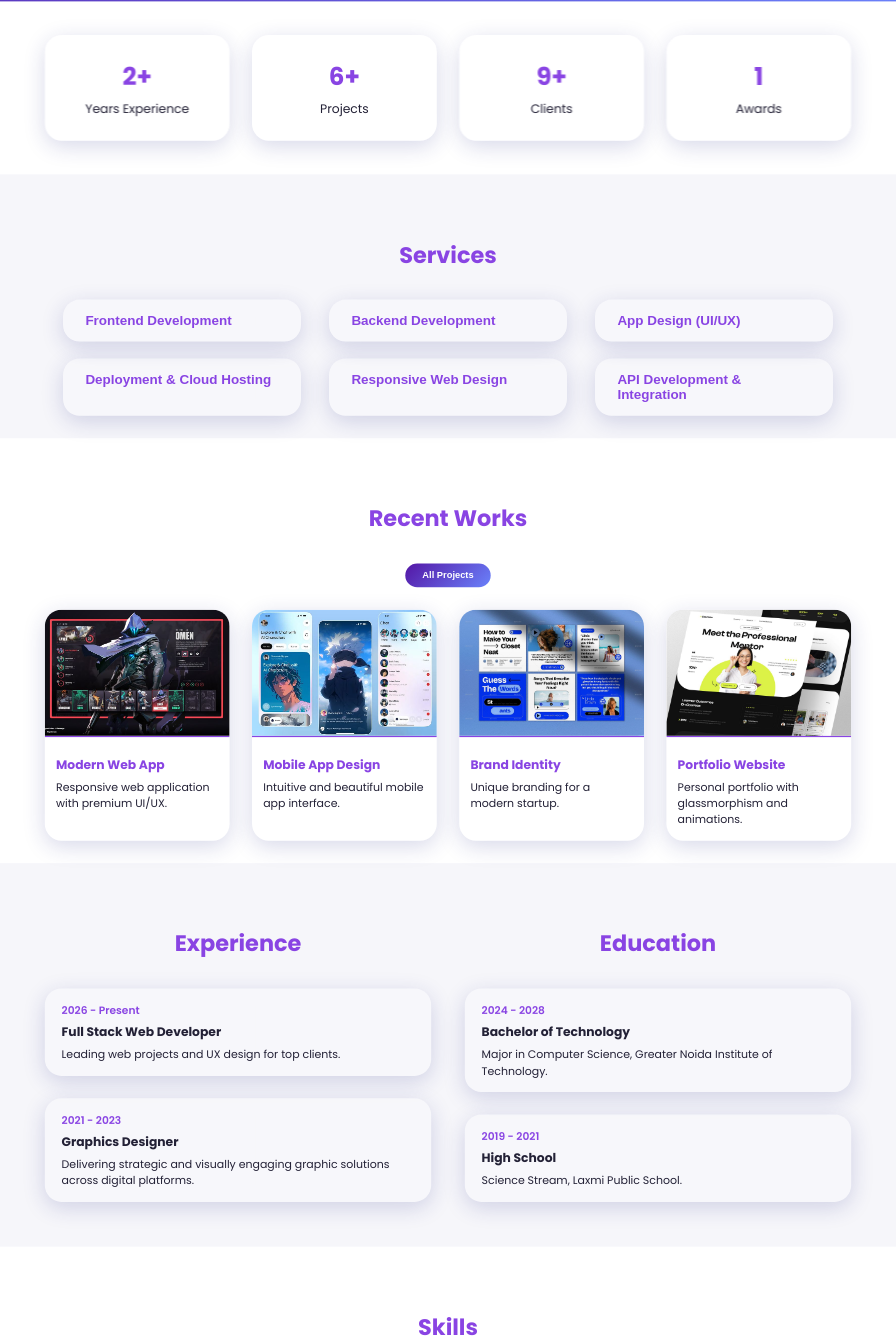
Repository: Ashishkumarraj/ashish_portfolio
Page: index.html
The author's editor kept a copy of each file at every save. The page is drawn from the files as they stood at one save, then again after a run of saves.
The browser window is 1280 px wide. The pictures show the part of the page from y = 740 to 2660 px (the page is 4374 px tall), at 70% of full size.

Above is the page before, as saved 2026-02-15 16:37:31.
Console error: TypeError: Cannot read properties of null (reading 'addEventListener')

### index.html
<!DOCTYPE html>
<html lang="en">
<head>
  <meta charset="UTF-8">
  <meta name="viewport" content="width=device-width, initial-scale=1.0">
  <meta http-equiv="X-UA-Compatible" content="IE=edge">
  <meta name="description" content="Ashish Portfolio - Web Developer + UX Designer. Modern, premium, responsive personal portfolio website.">
  <meta name="keywords" content="Portfolio, Web Developer, UX Designer, Ashish, HTML, CSS, JavaScript">
  <meta name="author" content="Ashish">
  <title>Ashish Portfolio | Web Developer + UX Designer</title>
  <!-- Google Fonts: Poppins & Inter -->
  <link href="https://fonts.googleapis.com/css2?family=Inter:wght@400;600;700&family=Poppins:wght@400;600;700&display=swap" rel="stylesheet">
  <link rel="stylesheet" href="style.css">
  <link rel="icon" href="favicon.ico" type="image/x-icon">
</head>
<body>
  <!-- Sticky Navbar -->
  <header id="navbar" class="navbar">
    <nav class="container nav-content">
      <a href="#" class="logo">Ashish</a>
      <ul class="nav-links" id="navLinks">
        <li><a href="#home">Home</a></li>
        <li><a href="#services">Services</a></li>
        <li><a href="#works">Works</a></li>
        <li><a href="#timeline">Timeline</a></li>
        <li><a href="#skills">Skills</a></li>
        <li><a href="#testimonials">Testimonials</a></li>
        <li><a href="#blog">Blog</a></li>
        <li><a href="#contact">Contact</a></li>
      </ul>
      <div class="nav-actions">
        <!-- Removed dark mode toggle from header -->
        <button class="hamburger" id="hamburger" aria-label="Open menu">
          <span></span><span></span><span></span>
        </button>
      </div>
    </nav>
  </header>

  <!-- Hero Section -->
  <section id="home" class="hero-section">
    <div class="container hero-content">
      <div class="hero-text">
        <h1>Ashish Kumar</h1>
        <h2>Full Stack Developer </h2>
        <p>I build robust, scalable web systems engineered for performance and reliability.
Committed to clean code, thoughtful design, and delivering impactful digital solutions.</p>
        <div class="hero-buttons">
          <a href="#contact" class="btn btn-primary">Hire Me</a>
          <a href="#" class="btn btn-secondary" download>Download CV</a>
        </div>
        <div class="social-icons">
          <a href="#" aria-label="LinkedIn"><img src="assets/linkedin.svg" alt="LinkedIn"></a>
          <a href="#" aria-label="GitHub"><img src="./assets/github.svg" alt="GitHub"></a>
          <a href="#" aria-label="Twitter"><img src="assets/twitter.svg" alt="Twitter"></a>
        </div>
      </div>
      <div class="hero-image-wrapper">
        <img src="./assets/ashu.jpg" alt="Ashish Profile Photo" class="profile-img">
      </div>
    </div>
  </section>

  <!-- Stats Section -->
  <section class="stats-section">
    <div class="container stats-content">
      <div class="stat-card">
        <h3>2+</h3>
        <p>Years Experience</p>
      </div>
      <div class="stat-card">
        <h3>6+</h3>
        <p>Projects</p>
      </div>
      <div class="stat-card">
        <h3>9+</h3>
        <p>Clients</p>
      </div>
      <div class="stat-card">
        <h3>1</h3>
        <p>Awards</p>
      </div>
    </div>
  </section>

  <!-- Services Section -->
  <section id="services" class="services-section">
    <div class="container">
      <h2 class="section-title">Services</h2>
      <div class="accordion" id="servicesAccordion">
        <div class="accordion-item">
          <button class="accordion-header">Frontend Development</button>
          <div class="accordion-body">
            <p>Building responsive and interactive user interfaces with modern web technologies.</p>
          </div>
        </div>
        <div class="accordion-item">
          <button class="accordion-header">Backend Development</button>
          <div class="accordion-body">
            <p>Developing secure, scalable server-side systems and business logic.</p>
          </div>
        </div>
        <div class="accordion-item">
          <button class="accordion-header">App Design (UI/UX)</button>
          <div class="accordion-body">
            <p>Designing intuitive and visually engaging user experiences for web and mobile.</p>
          </div>
        </div>
        <div class="accordion-item">
          <button class="accordion-header">Deployment & Cloud Hosting</button>
          <div class="accordion-body">
            <p>Deploying applications efficiently with reliable cloud infrastructure</p>
          </div>
        </div>
        <div class="accordion-item">
          <button class="accordion-header">Responsive Web Design</button>
          <div class="accordion-body">
            <p>Ensuring seamless performance across all devices and screen sizes.</p>
          </div>
        </div>
        <div class="accordion-item">
          <button class="accordion-header">API Development & Integration</button>
          <div class="accordion-body">
            <p>Creating and integrating robust APIs for smooth data communication.</p>
          </div>
        </div>
      </div>
    </div>
  </section>

  <!-- Recent Works Section -->
  <section id="works" class="works-section">
    <div class="container">
      <h2 class="section-title">Recent Works</h2>
      <div class="works-filter">
        <button class="filter-btn active" data-filter="all">All Projects</button>
        <!--
        <button class="filter-btn" data-filter="web">Web</button>
        <button class="filter-btn" data-filter="app">App</button>
        <button class="filter-btn" data-filter="branding">Branding</button>
        -->
      </div>
      <div class="works-grid" id="worksGrid">
        <div class="work-card" data-category="web">
          <img src="./assets/Modern Web App2.jpg" alt="Project 1" class="work-img">
          <div class="work-info">
            <h3>Modern Web App</h3>
            <p>Responsive web application with premium UI/UX.</p>
          </div>
        </div>
        <div class="work-card" data-category="app">
          <img src="./assets/Mobile App Design.jpg" alt="Project 2" class="work-img">
          <div class="work-info">
            <h3>Mobile App Design</h3>
            <p>Intuitive and beautiful mobile app interface.</p>
          </div>
        </div>
        <div class="work-card" data-category="branding">
          <img src="./assets/Brand Identity.jpg" alt="Project 3" class="work-img">
          <div class="work-info">
            <h3>Brand Identity</h3>
            <p>Unique branding for a modern startup.</p>
          </div>
        </div>
        <div class="work-card" data-category="web">
          <img src="./assets/Portfolio Website2.jpg" alt="Project 4" class="work-img">
          <div class="work-info">
            <h3>Portfolio Website</h3>
            <p>Personal portfolio with glassmorphism and animations.</p>
          </div>
        </div>
      </div>
    </div>
  </section>

  <!-- Timeline Section -->
  <section id="timeline" class="timeline-section">
    <div class="container timeline-content">
      <div class="timeline-column">
        <h2 class="section-title">Experience</h2>
        <div class="timeline-item">
          <span class="timeline-date">2026 - Present</span>
          <h3>Full Stack Web Developer</h3>
          <p>Leading web projects and UX design for top clients.</p>
        </div>
        <div class="timeline-item">
          <span class="timeline-date">2021 - 2023</span>
          <h3>Graphics Designer</h3>
          <p>Delivering strategic and visually engaging graphic solutions across digital platforms.</p>
        </div>
      </div>
      <div class="timeline-column">
        <h2 class="section-title">Education</h2>
        <div class="timeline-item">
          <span class="timeline-date">2024 - 2028</span>
          <h3>Bachelor of Technology</h3>
          <p>Major in Computer Science, Greater Noida Institute of Technology.</p>
        </div>
        <div class="timeline-item">
          <span class="timeline-date">2019 - 2021</span>
          <h3>High School</h3>
          <p>Science Stream, Laxmi Public School.</p>
        </div>
      </div>
    </div>
  </section>

  <!-- Skills Section -->
  <section id="skills" class="skills-section">
    <div class="container">
      <h2 class="section-title">Skills</h2>
      <div class="skills-list skills-grid">
        <div class="skill-bar" data-skill="HTML">
          <span class="skill-title">HTML</span>
          <div class="progress-bar">
            <span class="progress" data-progress="95"></span>
            <span class="progress-percent">0%</span>
          </div>
        </div>
        <div class="skill-bar" data-skill="CSS">
          <span class="skill-title">CSS</span>
          <div class="progress-bar">
            <span class="progress" data-progress="92"></span>
            <span class="progress-percent">0%</span>
          </div>
        </div>
        <div class="skill-bar" data-skill="JavaScript">
          <span class="skill-title">JavaScript</span>
          <div class="progress-bar">
            <span class="progress" data-progress="90"></span>
            <span class="progress-percent">0%</span>
          </div>
        </div>
        <div class="skill-bar" data-skill="UI/UX">
          <span class="skill-title">UI/UX</span>
          <div class="progress-bar">
            <span class="progress" data-progress="88"></span>
            <span class="progress-percent">0%</span>
          </div>
        </div>
        <div class="skill-bar" data-skill="Figma">
          <span class="skill-title">Figma</span>
          <div class="progress-bar">
            <span class="progress" data-progress="85"></span>
            <span class="progress-percent">0%</span>
          </div>
        </div>
        <div class="skill-bar" data-skill="React Basics">
          <span class="skill-title">React Basics</span>
          <div class="progress-bar">
            <span class="progress" data-progress="80"></span>
            <span class="progress-percent">0%</span>
          </div>
        </div>
      </div>
    </div>
    <!-- Floating dark mode toggle button -->
    <button id="darkSlideToggle" class="dark-slide-toggle" aria-label="Toggle dark slide">
      <img src="assets/moon.svg" alt="Dark Slide" id="darkSlideIcon">
    </button>
  </section>

  <!-- Testimonials Section -->
  <section id="testimonials" class="testimonials-section">
    <div class="container">
      <h2 class="section-title">Testimonials</h2>
      <div class="testimonials-slider" id="testimonialsSlider">
        <div class="testimonial-card">
          <p>“Ashish delivered a stunning website that exceeded our expectations. Highly recommended!”</p>
          <span class="testimonial-author">— Client A</span>
        </div>
        <div class="testimonial-card">
          <p>“Professional, creative, and always on time. The best designer we’ve worked with.”</p>
          <span class="testimonial-author">— Client B</span>
        </div>
        <div class="testimonial-card">
          <p>“Amazing attention to detail and user experience. Our users love the new design!”</p>
          <span class="testimonial-author">— Client C</span>
        </div>
      </div>
      <div class="slider-controls">
        <button class="slider-btn prev" aria-label="Previous testimonial">&#8592;</button>
        <button class="slider-btn next" aria-label="Next testimonial">&#8594;</button>
      </div>
    </div>
  </section>

  <!-- Blog Section -->
  <section id="blog" class="blog-section">
    <div class="container">
      <h2 class="section-title">Latest Blog</h2>
      <div class="blog-grid">
        <div class="blog-card">
          <img src="assets/blog1.png" alt="Blog 1" class="blog-img">
          <div class="blog-info">
            <h3>Designing with Glassmorphism</h3>
            <p>Tips and tricks for using glassmorphism in modern web design.</p>
            <a href="#" class="read-more">Read More</a>
          </div>
        </div>
        <div class="blog-card">
          <img src="assets/blog2.png" alt="Blog 2" class="blog-img">
          <div class="blog-info">
            <h3>UX for Developers</h3>
            <p>How developers can improve user experience in their projects.</p>
            <a href="#" class="read-more">Read More</a>
          </div>
        </div>
        <div class="blog-card">
          <img src="assets/blog3.png" alt="Blog 3" class="blog-img">
          <div class="blog-info">
            <h3>Responsive Design in 2026</h3>
            <p>Best practices for building responsive websites in 2026 and beyond.</p>
            <a href="#" class="read-more">Read More</a>
          </div>
        </div>
      </div>
    </div>
  </section>

  <!-- Contact Section -->
  <section id="contact" class="contact-section">
  <div class="container">
    <h2 class="section-title">Contact Me</h2>
    <div class="contact-details-row" style="display: flex; align-items: center; justify-content: space-between; gap: 2rem; flex-wrap: wrap;">
      <div class="contact-details">
        <p><strong>Email:</strong> <a href="mailto:ashish@email.com">ashish@email.com</a></p>
        <p><strong>Contact Number:</strong> <a href="tel:+911234567890">+91 12345 67890</a></p>
      </div>
      <div class="contact-social-icons" style="display: flex; gap: 1.2rem;">
        <a href="https://instagram.com/" target="_blank" aria-label="Instagram"><img src="assets/instagram.svg" alt="Instagram" style="width:32px;height:32px;"></a>
        <a href="https://wa.me/911234567890" target="_blank" aria-label="WhatsApp"><img src="assets/whatsapp.svg" alt="WhatsApp" style="width:32px;height:32px;"></a>
        <a href="https://t.me/username" target="_blank" aria-label="Telegram"><img src="assets/telegram.svg" alt="Telegram" style="width:32px;height:32px;"></a>
      </div>
    </div>
  </div>
</section>

  <footer class="footer">
    <div class="container">
      <p>&copy; 2026 Ashish. All rights reserved.</p>
    </div>
  </footer>

  <script src="script.js"></script>
</body>
</html>

Loaded but not shown: assets/whatsapp.svg (1 lines, source omitted); assets/twitter.svg (1 lines, source omitted); assets/instagram.svg (1 lines, source omitted); assets/github.svg (1 lines, source omitted); assets/linkedin.svg (1 lines, source omitted); assets/moon.svg (1 lines, source omitted); assets/telegram.svg (1 lines, source omitted); script.js (201 lines, source omitted); style.css (923 lines, source omitted)

After the next 3 saves:
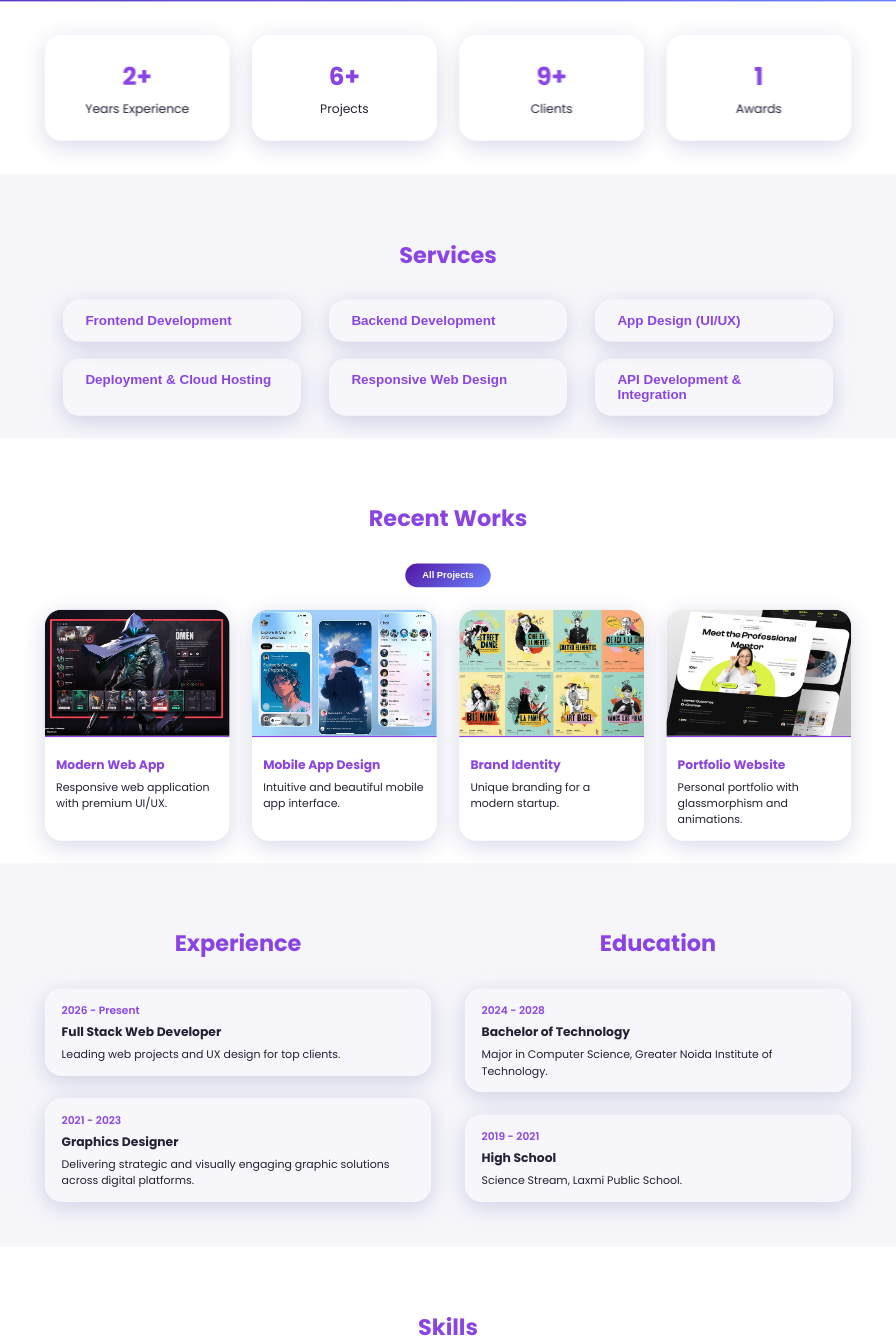
The 3 saves are shown as one change because they came seconds apart.
The last was saved 2 min 34 s later.
--- a/index.html
+++ b/index.html
@@ -156,7 +156,7 @@ Committed to clean code, thoughtful design, and delivering impactful digital sol
           </div>
         </div>
         <div class="work-card" data-category="branding">
-          <img src="./assets/Brand Identity.jpg" alt="Project 3" class="work-img">
+          <img src="./assets/brand identity 2.jpg" alt="Project 3" class="work-img">
           <div class="work-info">
             <h3>Brand Identity</h3>
             <p>Unique branding for a modern startup.</p>
